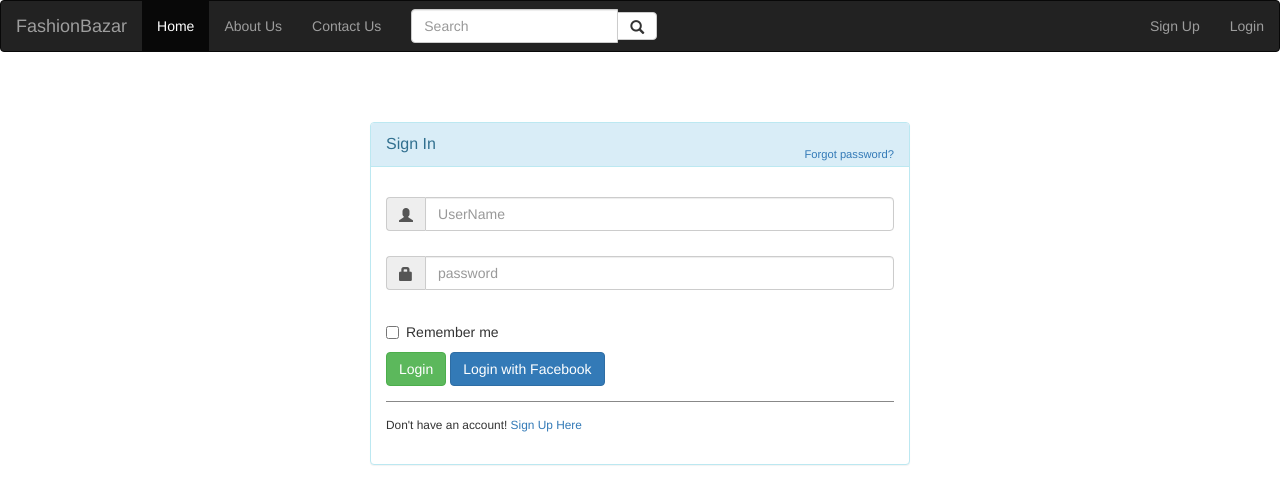
Repository: SmithaMendonca/Project-1
Page: http://localhost/FashionBazarFrontend/WEB-INF/views/Login.jsp
An editor plug-in stored every save of this project. The page is shown before and after the next save, followed by the edit.
The browser window is 1280 px wide. The pictures show the whole page.
The page is served by Tomcat 9. Nobody is signed in. The template is opened directly, without the code that normally fills it, so the values that code supplies are empty.

Above is the page before, as saved 2019-06-05 17:04:19.

After the next save:
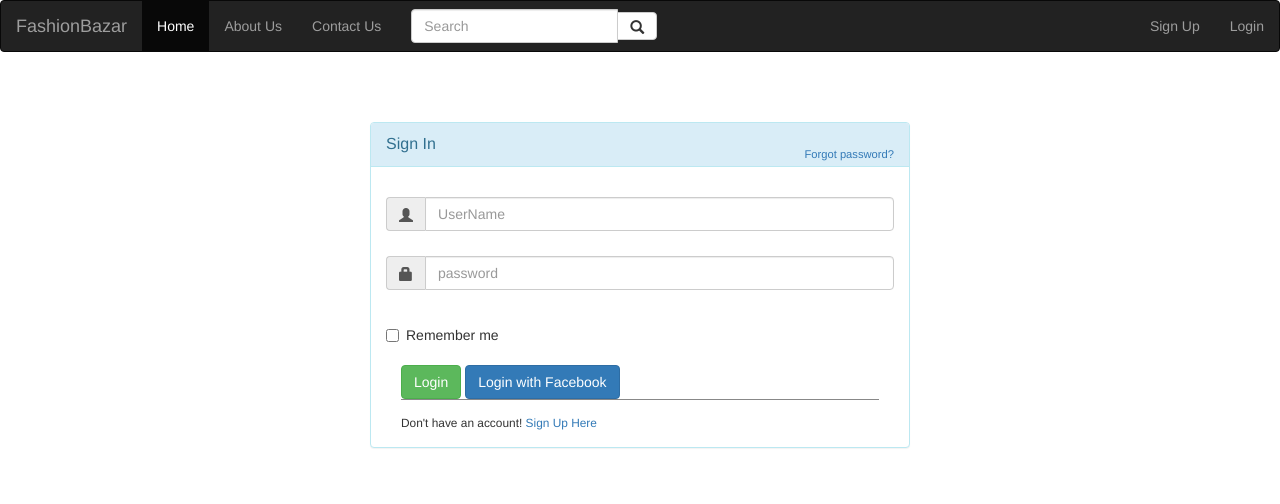
Saved 75 s later.
--- a/FashionBazarFrontend/src/main/webapp/WEB-INF/views/Login.jsp
+++ b/FashionBazarFrontend/src/main/webapp/WEB-INF/views/Login.jsp
@@ -12,7 +12,7 @@
 
                         <div style="display:none" id="login-alert" class="alert alert-danger col-sm-12"></div>
 
-                        <form id="loginform" class="form-horizontal" role="form">
+                        <form action="perform_login" method="post" role="form">
 
                             <div style="margin-bottom: 25px" class="input-group">
                                         <span class="input-group-addon"><i class="glyphicon glyphicon-user"></i></span>
